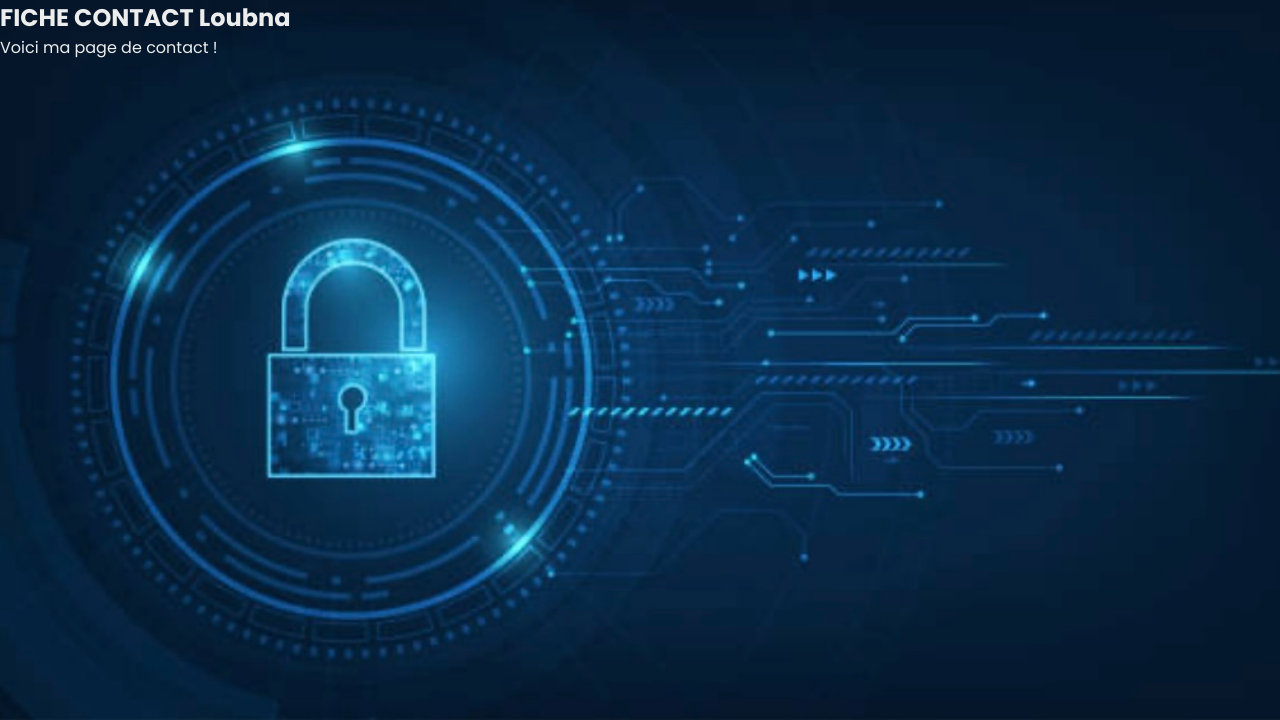
Repository: Loubna77290/Portfolio-de-Loubna
Page: contact.html
An editor plug-in stored every save of this project. The page is shown before and after the next save, followed by the edit.
The browser window is 1280 px wide. The pictures show the whole page.

Above is the page before, as saved 2025-03-10 08:52:39.

After the next save:
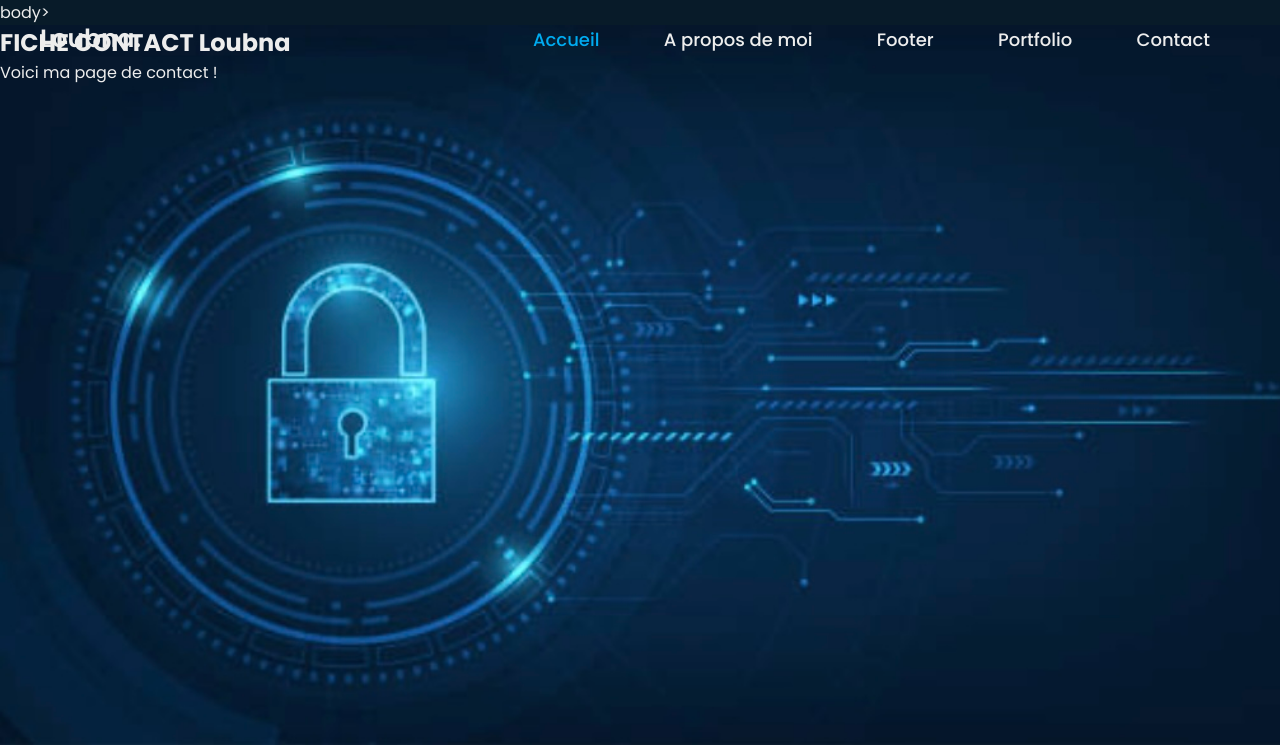
Saved 2 min 32 s later.
--- a/contact.html
+++ b/contact.html
@@ -7,6 +7,19 @@
     <link rel="stylesheet" href="style.css">
 </head>
 <body>
+    body>
+  <header class="header">
+        <a href="#" class="logo">Loubna.</a>
+
+        <nav class="navbar">
+            <a href="#"class="active">Accueil</a>
+            <a href="#">A propos de moi</a>
+            <a href="/footer.html">Footer</a>
+            <a href="#">Portfolio</a>
+            <a href="/contact.html" target="_blank">Contact</a>
+        </nav>
+    </header>
+
     <section class="contact-background">
         <div class="contact-contenu">
         <h1>FICHE CONTACT Loubna</h1>
